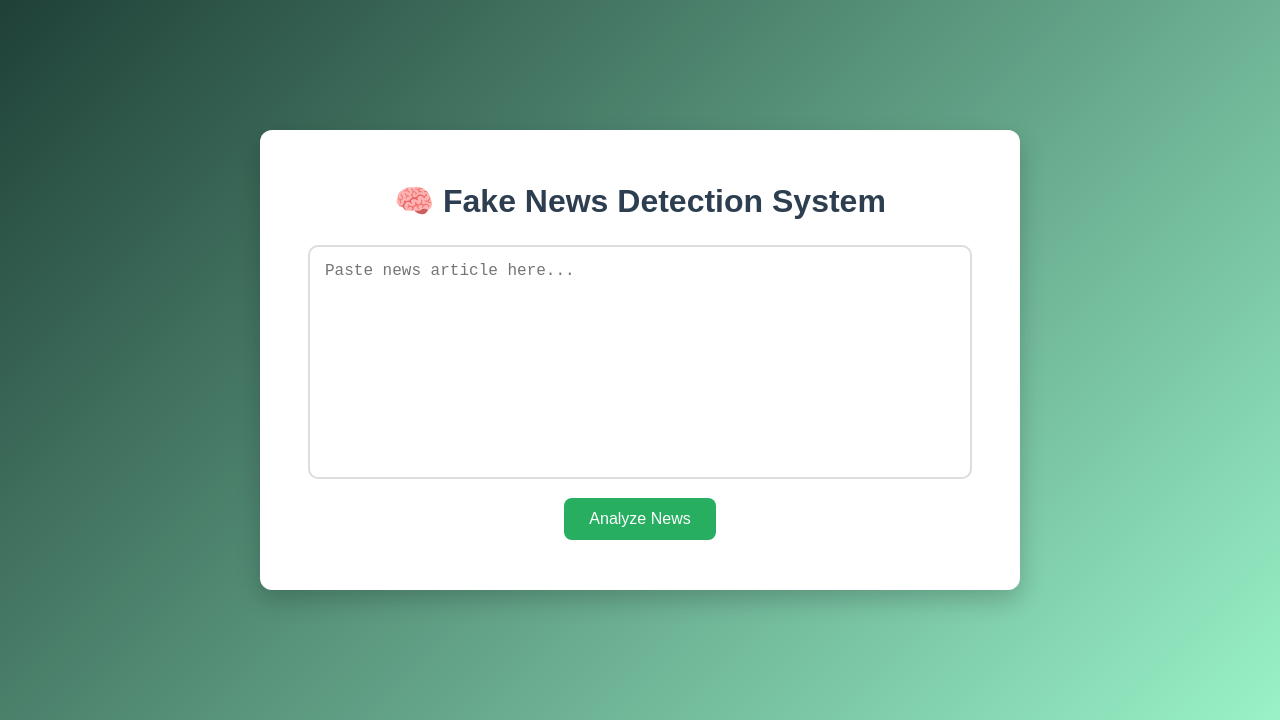
Repository: abrahamnayipoan/fake-news-detector
Page: frontend/index.html
An editor plug-in stored every save of this project. The page is shown before and after the next save, followed by the edit.
The browser window is 1280 px wide. The pictures show the whole page.

Above is the page before, as saved 2026-05-22 14:18:36.

### frontend/index.html
<!DOCTYPE html>
<html>
<head>
    <head>
    <meta charset="UTF-8">
    <meta name="viewport" content="width=device-width, initial-scale=1.0">
    <title>Fake News Detector AI</title>
    <link rel="stylesheet" href="style.css">
</head>
    <title>Fake News Detector AI</title>
    <link rel="stylesheet" href="style.css">
</head>

<body>

<div class="container">
    <h1>🧠 Fake News Detection System</h1>

    <textarea id="newsInput" placeholder="Paste news article here..."></textarea>

    <button onclick="predictNews()">Analyze News</button>

    <h2 id="result"></h2>
</div>

<script src="script.js"></script>

</body>
</html>

### frontend/style.css
/* Page background */
body {
    font-family: Arial, sans-serif;
    background: linear-gradient(135deg, #1f4037, #99f2c8);
    margin: 0;
    padding: 0;
    display: flex;
    justify-content: center;
    align-items: center;
    height: 100vh;
}

/* Main container */
.container {
    background: white;
    padding: 30px;
    width: 70%;
    max-width: 700px;
    border-radius: 12px;
    box-shadow: 0px 10px 25px rgba(0,0,0,0.2);
    text-align: center;
}

/* Title */
h1 {
    color: #2c3e50;
    margin-bottom: 10px;
}

/* Paragraph */
p {
    color: #555;
}

/* Textarea */
textarea {
    width: 90%;
    height: 200px;
    padding: 15px;
    font-size: 16px;
    border: 2px solid #ddd;
    border-radius: 10px;
    outline: none;
    margin-top: 15px;
    resize: none;
}

/* Button */
button {
    margin-top: 15px;
    padding: 12px 25px;
    font-size: 16px;
    background-color: #27ae60;
    color: white;
    border: none;
    border-radius: 8px;
    cursor: pointer;
    transition: 0.3s;
}

/* Button hover effect */
button:hover {
    background-color: #219150;
    transform: scale(1.05);
}

/* Result text */
#result {
    margin-top: 20px;
    font-size: 22px;
    font-weight: bold;
}

### frontend/script.js
async function predictNews() {
    const text = document.getElementById("newsInput").value;
    const result = document.getElementById("result");

    if (text.trim() === "") {
        result.innerText = "Please enter news text!";
        result.style.color = "red";
        return;
    }

    result.innerText = "Checking...";
    result.style.color = "blue";

    try {
        const response = await fetch("http://127.0.0.1:5000/predict", {
            method: "POST",
            headers: {
                "Content-Type": "application/json"
            },
            body: JSON.stringify({ text: text })
        });

        const data = await response.json();

        result.innerText = data.prediction;

        if (data.prediction.includes("FAKE")) {
            result.style.color = "red";
        } else {
            result.style.color = "green";
        }

    } catch (error) {
        console.log(error);
        result.innerText = "Backend not connected!";
        result.style.color = "orange";
    }
}

After the next save:
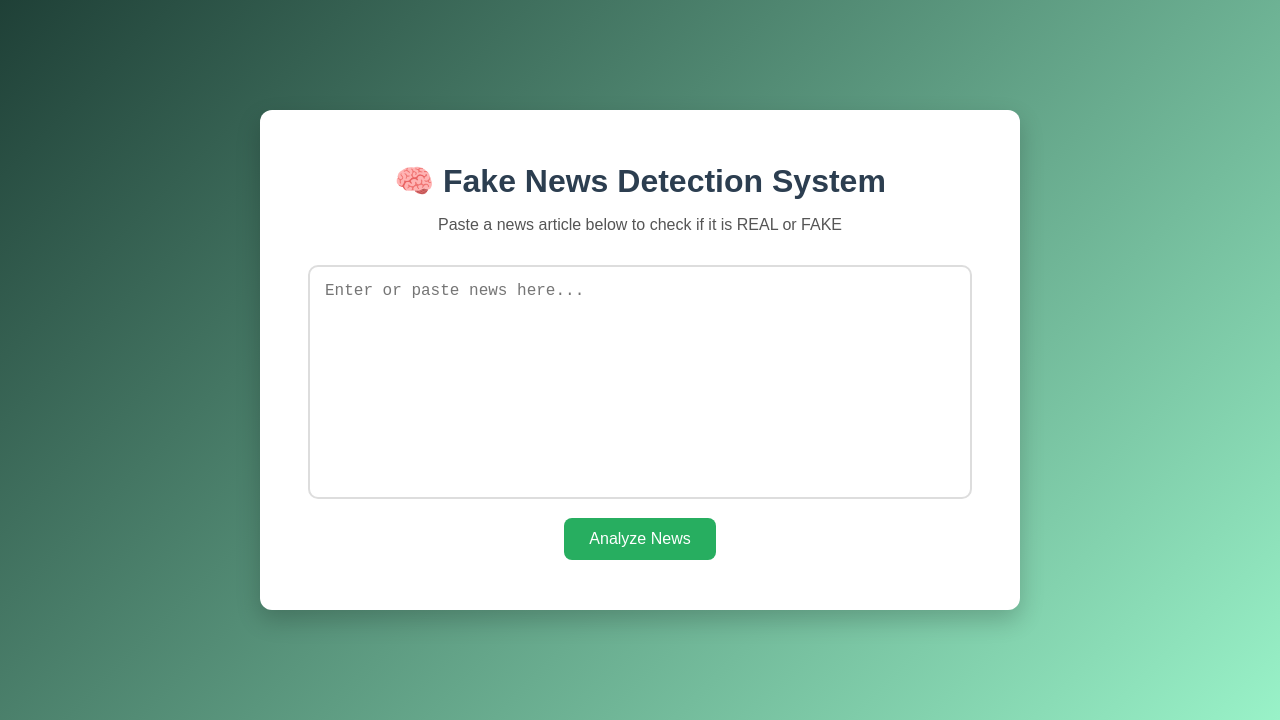
Saved 3 min 12 s later.
--- a/frontend/index.html
+++ b/frontend/index.html
@@ -1,29 +1,34 @@
 <!DOCTYPE html>
-<html>
+<html lang="en">
+
 <head>
-    <head>
     <meta charset="UTF-8">
     <meta name="viewport" content="width=device-width, initial-scale=1.0">
-    <title>Fake News Detector AI</title>
-    <link rel="stylesheet" href="style.css">
-</head>
-    <title>Fake News Detector AI</title>
+    <title>Fake News Detection AI</title>
+
     <link rel="stylesheet" href="style.css">
 </head>
 
 <body>
 
-<div class="container">
-    <h1>🧠 Fake News Detection System</h1>
+    <div class="container">
 
-    <textarea id="newsInput" placeholder="Paste news article here..."></textarea>
+        <h1>🧠 Fake News Detection System</h1>
 
-    <button onclick="predictNews()">Analyze News</button>
+        <p>Paste a news article below to check if it is REAL or FAKE</p>
 
-    <h2 id="result"></h2>
-</div>
+        <textarea id="newsInput" placeholder="Enter or paste news here..."></textarea>
 
-<script src="script.js"></script>
+        <br>
+
+        <button onclick="predictNews()">Analyze News</button>
+
+        <h2 id="result"></h2>
+
+    </div>
+
+    <script src="script.js"></script>
 
 </body>
+
 </html>
